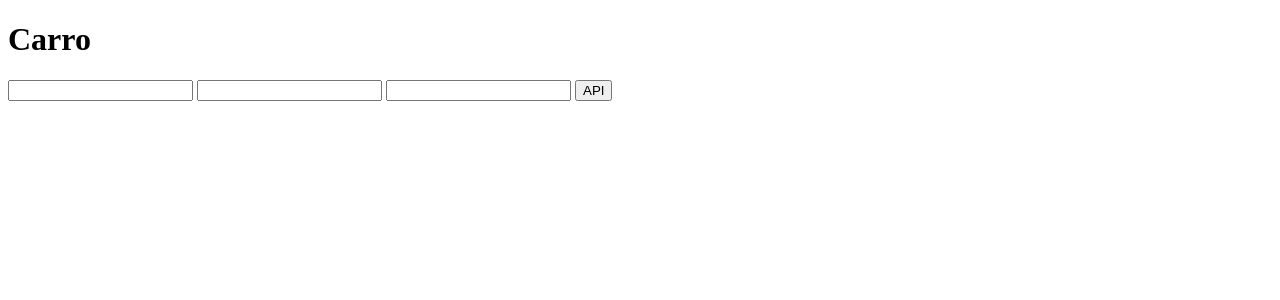
Repository: KennedyWanderson/applying-API
Page: index.html
An editor plug-in stored every save of this project. The page is shown before and after a run of saves, followed by the edit.
The browser window is 1280 px wide. The pictures show the whole page.

Above is the page before, as saved 2024-02-12 13:09:43.
Console error: ReferenceError: Marca is not defined

### index.html
    <!DOCTYPE html>
    <html lang="en">
    <head>
        <meta charset="UTF-8">
        <meta name="viewport" content="width=device-width, initial-scale=1.0">
        <title>Document</title>
    </head>

    <style>
        .carros{
            display: flex;
            justify-content: center;
            align-items: center;
            flex-direction: column;
        }
    </style>
    <body>
        <h1>Carro</h1>
        <div class="carros" id="carros"></div>
            <input type="text" id="post">
            <input type="text" id="post">
            <input type="text" id="post">

            <button onclick="Get()">API</button>
    </body>
        <script src="./index.js"></script>
    </html>

### index.js


function Teste(){
    console.log("Hello World!!!!")
}

function createNode(element) {
    return document.createElement(element);
}

function append(parent, el) {
  return parent.appendChild(el);
}

function Get() {
    const url = 'https://apigenerator.dronahq.com/api/J4WXW45N/data';

    fetch(url)
    .then((resp) => resp.json())
    .then((data) =>  {

            data.map(function(carro){
                let div = createNode('div');
                let span = createNode('span');
                span.innerHTML = `${carro.Marca} ${carro.Modelo} ${carro.Categoria}`;
                append(div, span);
                append(document.getElementById('carros'), div);
            });
    })
    .catch(function(error){
        console.log('Erro na requisição:', error);
    });
}

async function postData(url = '', data = {}) {

    const response = await fetch(url, {

      method: 'POST', // *GET, POST, PUT, DELETE, etc.

      mode: 'cors',

      cache: 'no-cache',

      credentials: 'same-origin',

      headers: {

        'Content-Type': 'application/json'

      },

      redirect: 'follow',

      referrerPolicy: 'no-referrer',

      body: JSON.stringify(data)

    });

    return response.json();

  }


  postData('https://apigenerator.dronahq.com/api/J4WXW45N/data', Marca, Modelo, Categoria)

    .then((data) => {

      console.log(data);

  });

After the next 6 saves:
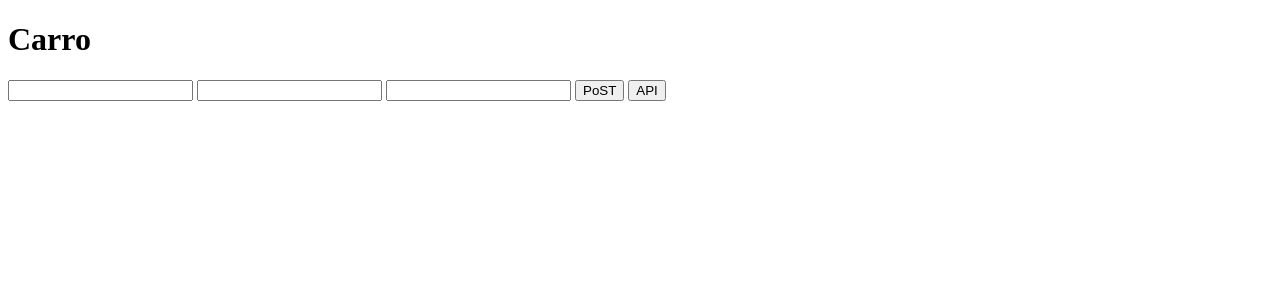
The 6 saves are shown as one change because they came seconds apart.
The last was saved 81 s later.
--- a/index.html
+++ b/index.html
@@ -19,8 +19,8 @@
         <div class="carros" id="carros"></div>
             <input type="text" id="post">
             <input type="text" id="post">
-            <input type="text" id="post">
-
+            <input type="text" id="link">
+            <button onclick="Get()">PoST</button>
             <button onclick="Get()">API</button>
     </body>
         <script src="./index.js"></script>
